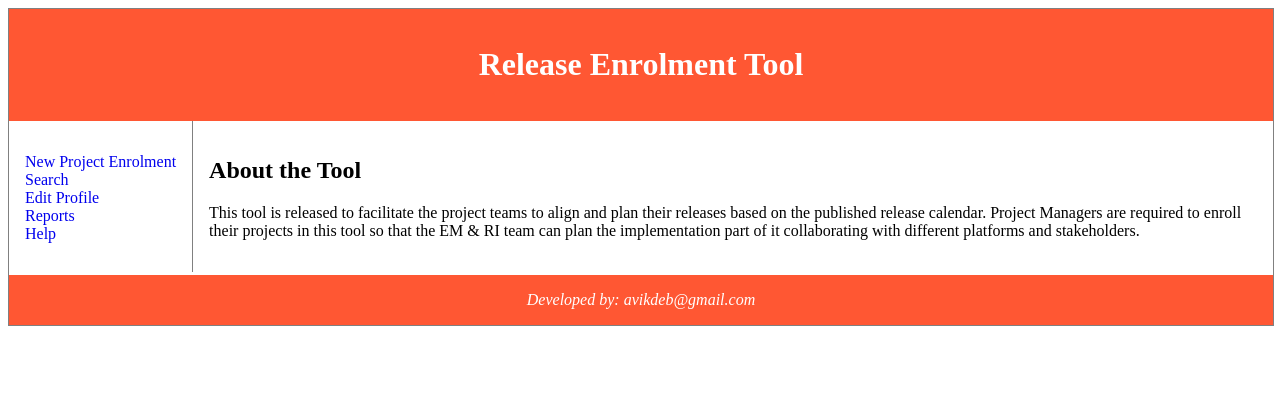
Repository: guribrar/enrolmentapp
Page: http://localhost/enrolmentapp/testlogin.jsp
These files come from the project's save history. The page is drawn as it stood at one moment and after the next save; the edit follows.
The browser window is 1280 px wide. The pictures show the whole page.
The page is served by Tomcat 9.

Above is the page before, as saved 2016-12-31 15:57:42.

After the next save:
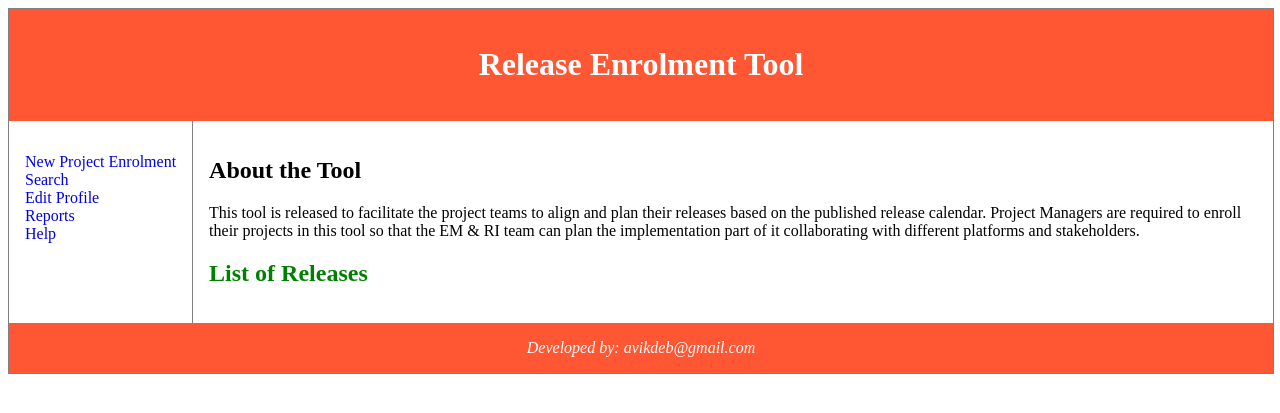
Saved 77 s later.
--- a/enrolmentapp/WebContent/testlogin.jsp
+++ b/enrolmentapp/WebContent/testlogin.jsp
@@ -69,6 +69,10 @@ article {
   This tool is released to facilitate the project teams to align and plan their releases based on the published release calendar.
   Project Managers are required to enroll their projects in this tool so that the EM & RI team can plan the implementation part of it
   collaborating with different platforms and stakeholders.
+
+  <h1><font color="green">List of Releases</font></h1>
+
+
 </article>
 
 <footer><i>Developed by: avikdeb@gmail.com</i></footer>
